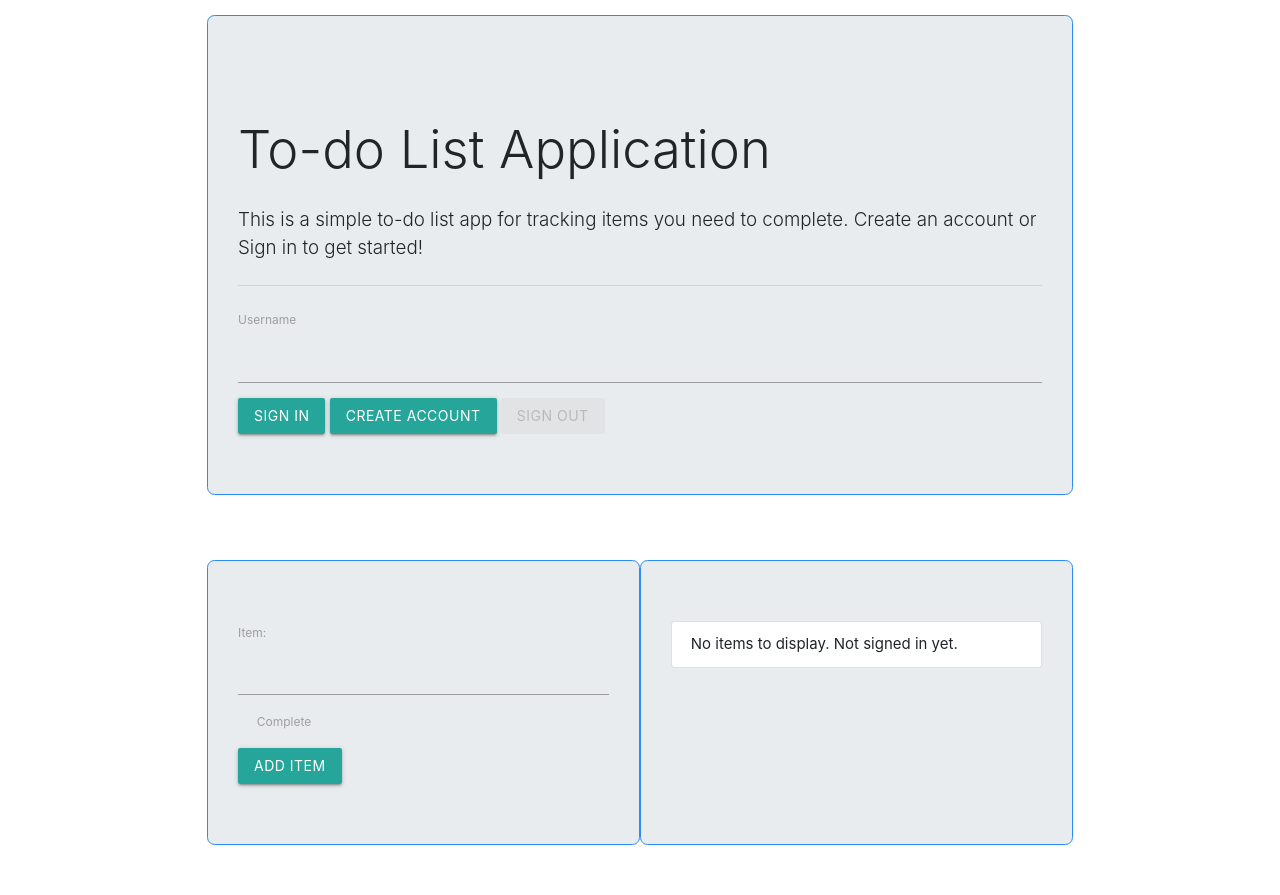
Repository: julianvanost/Node-SQL-To-Do-Application
Page: public/index.html
The author's editor kept a copy of each file at every save. The page is drawn from the files as they stood at one save, then again after the next save.
The browser window is 1280 px wide. The pictures show the whole page.

Above is the page before, as saved 2020-02-26 13:28:42.

After the next save:
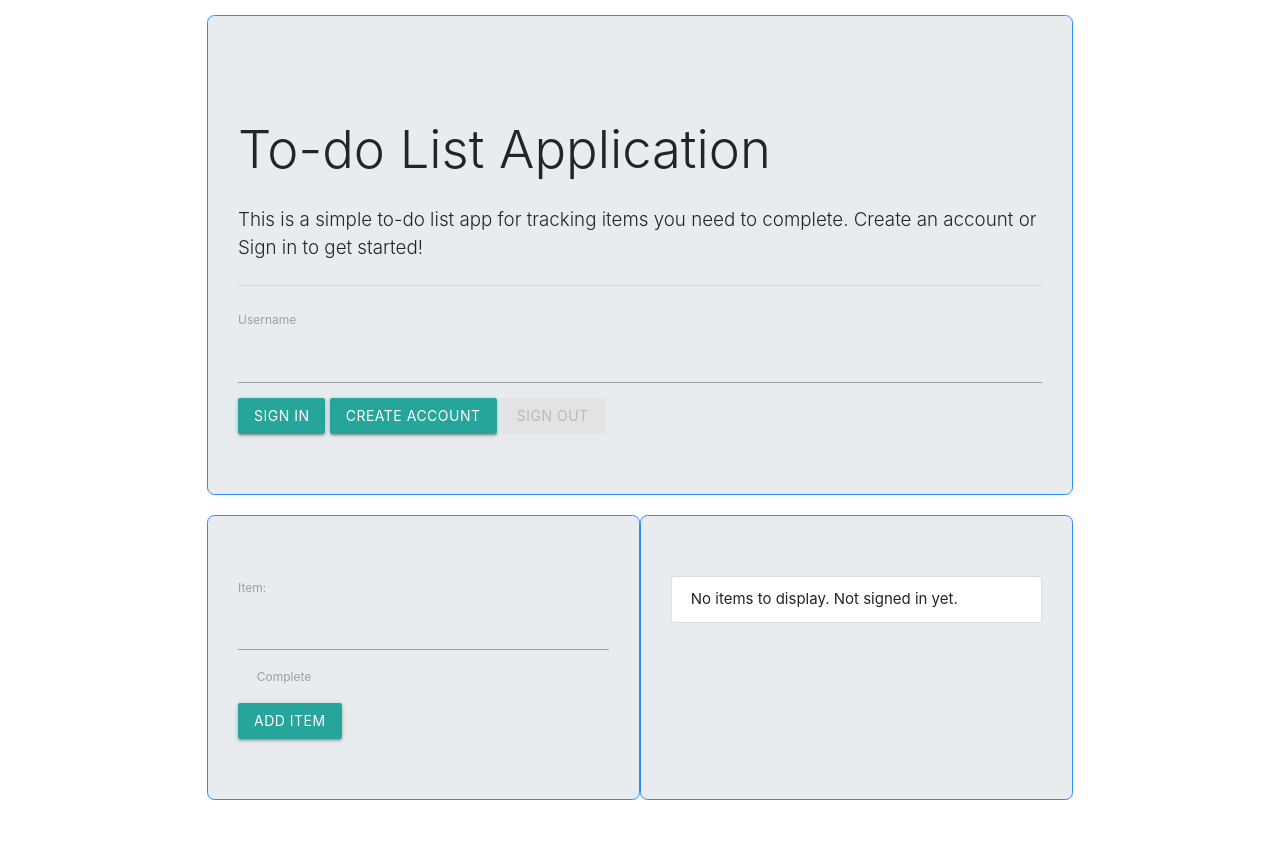
Saved 6 s later.
--- a/public/index.html
+++ b/public/index.html
@@ -32,7 +32,7 @@
         </form>
       </div>
     </div>
-    <div class="row">
+    <div class="row rise-up">
       <div class="jumbotron col-md-6">
         <form>
           <div class="form-group">
